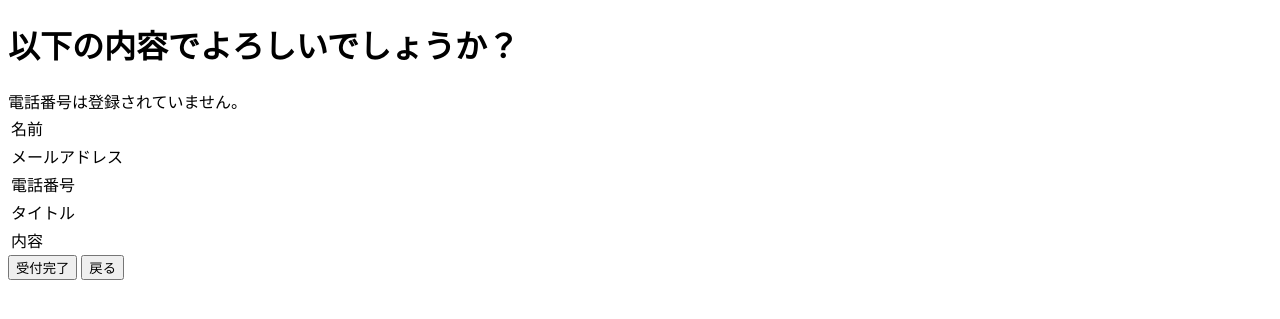
Repository: ryuhei0204/test
Page: http://localhost/Mytest/contactConfirm.jsp
The author's editor kept a copy of each file at every save. The page is drawn from the files as they stood at one save, then again after the next save.
The browser window is 1280 px wide. The pictures show the whole page.
The page is served by Tomcat 9.

Above is the page before, as saved 2019-06-28 04:23:02.

After the next save:
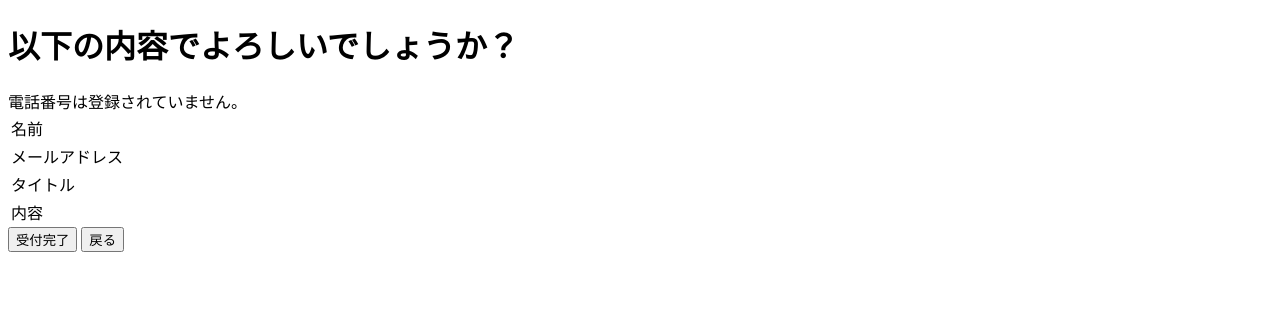
Saved 47 s later.
--- a/Mytest/WebContent/contactConfirm.jsp
+++ b/Mytest/WebContent/contactConfirm.jsp
@@ -22,15 +22,15 @@
 		<td><s:property value = "contactmail"/></td>
 	</tr>
 
-<if test = "contactel">
+<s:if test = "contactel">
 	<tr>
 		<td><label>電話番号</label></td>
 		<td><s:property value = "contacttel"/></td>
 	</tr>
-</if>
-<else>
+</s:if>
+<s:else>
 <label>電話番号は登録されていません。</label>
-</else>
+</s:else>
 	<tr>
 		<td><label>タイトル</label></td>
 		<td><s:property value = "title"/></td>
